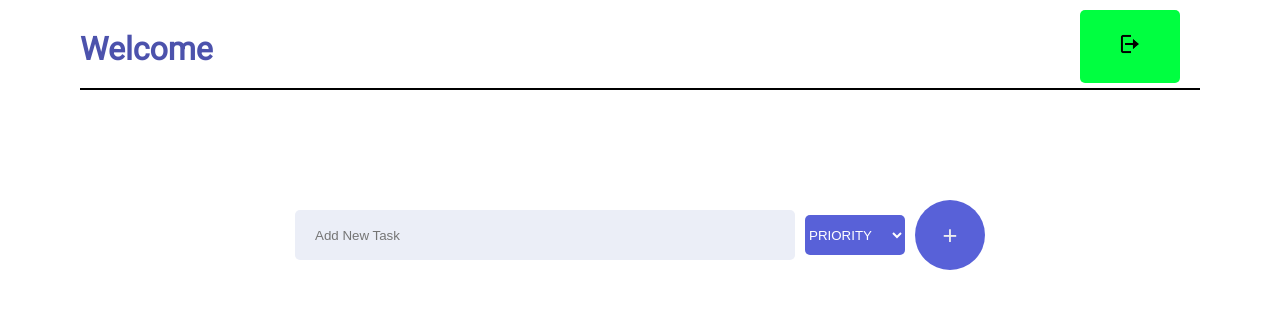
Repository: tebo27cMd/todo_App
Page: /HomePage
These files come from the project's save history. The page is drawn as it stood at one moment and after a run of saves; the edit follows.
The browser window is 1280 px wide. The pictures show the whole page.
The page's requests for data from a server got no answer. The project was rebuilt for these pictures with package versions that can differ from the ones it lists, and the page was loaded fresh each time. No one was signed in, and anything a server would have sent is missing. Also part of the build but not shown: src/Pages/LoginPage.jsx, src/Pages/SignInPage.jsx.

Above is the page before, as saved 2022-08-23 13:01:34.

### src/App.js
import React, {useState, useEffect} from 'react';
import './App.css';
import LoginPage from './Pages/LoginPage';
import SignInPage from './Pages/SignInPage';
import HomePage from './Pages/HomePage';

import {BrowserRouter as Router,Routes,Route,Link} from "react-router-dom";

//import {collection, getDocs, getDoc, doc, deleteDoc} from 'firebase/firestore'







function App() {


  const [tasks, setTasks] = useState([]);

  const addTasks = ((task, priorityType)=>{
    setTasks((tasks)=>[...tasks, {
      task:task,
      priorityType:priorityType
    }])

    console.log(tasks);
  })
  return (
    <div className="App">

      <Router>
      <Routes>
        <Route exact path="/" element = {<LoginPage/>}></Route>
        <Route path="/SignInPage" element = {<SignInPage/>}></Route>
        <Route exact path="/HomePage" element = {<HomePage/>}></Route>
      </Routes>
    </Router>

    </div>
  );
}

export default App;

### src/App.css
* {
  box-sizing: border-box;
  margin: 0;
  padding: 0;
  font-family: 'Times New Roman', Times, serif;
}

### src/Pages/HomePage.jsx

import React, { useState, useEffect } from "react";

  import '../css/HomePage.css';

  import {db} from '../Config-file/firebase';

  import {addDoc, collection,getDocs} from 'firebase/firestore';
  import CheckCircleIcon from "@mui/icons-material/CheckCircle";


  import logout from '../image/logout.png'





function HomePage() {
  const[task, setTask]= useState('');
  const[priority, setPriority] = useState('');

  const[items, setItem] = useState([]);

  const itemRef =collection(db,"Tasks");

  const getItems = async()=>{
      let data = await getDocs(itemRef);
      setItem(data.docs.map((doc)=>({...doc.data(), id: doc.id})))
  }

  const addItems = async()=>{
     await addDoc(itemRef, {task:task, priority:priority})
     alert("Item added Successfully");
    getItems();
    }


    useEffect(()=>{
      getItems();
   }, [])





    return (
      <div className="AddTask">
          <div className="topPart">
              <h1 className='welcome'>Welcome</h1>
              <button><div className="tick"><img src={logout} alt="" /></div></button>
          </div>

          <div className="bottomPart">
            <div className="input-fields">
              <input className="typeTask" type="text" placeholder="Add New Task" onChange={(e)=>setTask(e.target.value)}/>
                <select name="priority" id="priority" onChange={(e)=>setPriority(e.target.value)}>
                    <option value="Priority">PRIORITY</option>
                    <option value="High">High</option>
                    <option value="Medium">Medium</option>
                    <option value="Low">Low</option>

                </select>

                <button className="topBtn" onClick={addItems}>+</button>

            </div>

            <div className="task-list">
            {
                        items.map(item=>((
                            <div className="items" key={item.id}>
                                {
                                    item.priority == "Low" ? (

                                        <div className="item" style={{borderBottom: "3px solid green"}}>
                                        <span>{item.task}</span>
                                        <button className="complete"><div className="CheckLow"><CheckCircleIcon id="i" /></div></button>
                                        </div>

                                    ):item.priority == "Medium" ? (
                                        <div className="item" style={{borderBottom: "3px solid orange"}}>
                                        <span>{item.task}</span>
                                        <button className="complete"><div className="CheckMedium"><CheckCircleIcon id="i" /></div></button>
                                        </div>
                                    ):item.priority == "High" ? (
                                        <div className="item" style={{borderBottom: "3px solid red"}}>
                                        <span>{item.task}</span>
                                        <button className="complete"><div className="CheckHigh"><CheckCircleIcon id="i" /></div></button>

                                        </div>
                                    ):(
                                        <div>

                                        </div>
                                    )
                                }




                            </div>
                        )))
                    }
            </div>

          </div>

      </div>
    )
  }



export default HomePage;

### src/Pages/LoginPage.css
@import url("https://fonts.googleapis.com/css?family=Roboto&display=swap");
:root
{
    --btnGreen: #339eb1;
    --beige: beige;

}

.LoginPage{
    display: grid;
    grid-template-columns: 40% 60%;
    width: 100vw;
    height: 100vh;
    font-family:'Roboto' ;
}

.LoginPage aside{
    background: url(../Images/Ado.jpeg);
    background-size: cover;
}

.LoginPage section{
    display: flex;
    flex-direction: column;
    justify-content: center;
    align-items: center;
    padding: 50px;

}

.LoginPage .welcome{
    margin-top: 20px;
    margin-bottom: 20px;
    font-weight: bolder;
    font-size: 2em;
    font-family:'Roboto' ;
    color: #4c52ac;
}

.LoginPage .paragraph1{
    margin-bottom: 20px;
    font-size: 1.2em;
    color: #4c52ac;
}

.LoginPage .input-control{
    display: flex;
    flex-direction: column;
    align-self: flex-start;
    width: 100%;

}

.LoginPage .input-control label{
    margin-top: 10px;
    margin-bottom: 10px;
    font-size: 1.4em;

}

.LoginPage .input-control input{
    font-size: 1.2em;
    height: 50px;
    padding: 20px 10px 20px 10px;
    margin-top: 10px;
    border: none;
    border-radius: 10px;
    width: 100%;
    background-color: #eee;

}

.LoginPage button{
    width: 300px;
    height: 50px;

}
.LoginPage .lgnBtn:hover{
   background-color:#4c52ac;
   border-color: #7bff00;
}
.LoginPage .lgnBtn{
    margin-top: 50px;
    border-radius: 5px;
    border: none;
    background-color: var(--btnGreen);
    font-size: 1em;
    cursor: pointer;
    color: white;
}

.LoginPage .create{
    font-family:'Roboto' ;
    margin-top: 30px;
}


Link{
    color: var(--btnGreen);
}

.LoginPage .or{
    font-weight: lighter;
    font-size: 1em;
    margin: 20px;
}

.LoginPage .signBtn{

    margin: 20px;
    padding-right: 20px;
    border-radius: 5px;
    border-color: #4c52ac;
    cursor: pointer;
    background-color: white;
    border-radius: 7px;
}



.logo{
    display: flex;
    flex-direction: row;
    justify-content: center;

}

.logo img{
    width: 50px;
    height: 30px;
    padding-left: 10px;
}

.logo span{
    padding-top: 7px;
}

### src/Config-file/firebase.js
// Import the functions you need from the SDKs you need
import { initializeApp } from "firebase/app";
import { getFirestore } from "@firebase/firestore";
import {getAuth} from 'firebase/auth';

const firebaseConfig = {
  apiKey: "AIzaSyB44VhlyOGLme-EDCUVNbbB2UbazBO3qIY",
  authDomain:  "todo-433b6.firebaseapp.com",
  projectId:"todo-433b6",
  storageBucket: "todo-433b6.appspot.com",
  messagingSenderId: "23893463738",
  appId:"1:23893463738:web:7b7d1fefeddfc1abce6883",
  measurementId: "G-QQNBP66G32"
};

// Initialize Firebase
const app = initializeApp(firebaseConfig);
const db = getFirestore(app);
const auth = getAuth(app);
export  {auth, db};

### src/css/HomePage.css
@import url("https://fonts.googleapis.com/css?family=Roboto&display=swap");

*{
    box-sizing:border-box;
    margin: 0;
    padding: 0;
    font-family: sans-serif;
}


.topPart{
    display: flex;
    justify-content: space-between;
    margin: 10px 80px;
    border-bottom: 2px solid black;

}

.topPart button{
    width: 100px;
    margin:0px 20px 5px 0px;
    border-radius: 5px;
    border: none;
    background-color: #00ff40;
    cursor: pointer;
    color: white;
    font-size: 1.2em;

}
.topPart img {
    height: 20px;
}

.topPart button:hover{
    background-color: rgba(245, 27, 27, 0.815);
    color: black;
}

.bottomPart{
    display: flex;
    flex-direction: column;
    justify-content: center;
    align-items: center;
    margin-top: 80px;
}

.bottomPart input{
    margin-right: 10px;
    height: 50px;
    width: 500px;
    padding-left: 20px;
    border: none;
    background-color: #ebeef7;
    border-radius: 5px;

}

.bottomPart select{
    margin-right: 10px;
    height: 40px;
    width: 100px;
    border: none;
    background-color: #5861d8;
    border-radius: 5px;
    color: white;
}

.bottomPart .topBtn{
    height: 70px;
    width: 70px;
    border-radius: 50px;
    border: none;
    color: #eee;
    font-size: 1.6em;
    background-color: #5861d8;
    cursor: pointer;

}
.bottomPart .CheckHigh{
    border-radius: 50px;
    border: none;
    background-color: #5861d8;
    color: rgb(255, 255, 255);
    font-size: 1.6em;
    cursor: pointer;
}
.bottomPart .CheckHigh:hover{
    background-color: red;
}
.bottomPart .CheckMedium{
    border-radius: 50px;
    border: none;
    background-color: #5861d8;
    color: rgb(255, 255, 255);
    font-size: 1.6em;
    cursor: pointer;
}
.bottomPart .CheckMedium:hover{
    background-color: yellow;
}
.bottomPart .CheckLow{
    border-radius: 50px;
    border: none;
    background-color: #5861d8;
    color: rgb(255, 255, 255);
    font-size: 1.6em;
    cursor: pointer;
}
.bottomPart .CheckLow:hover{
    background-color: green;
}

.bottomPart button:hover{
    background-color: #776e7625;
    color: black;
}

input{
height: 90px;
}
.input-fields {
    display: flex;
    align-items: center;
    height: 130px;

}

/* Task list*/


.task-list{
    width: 600px;
    margin-right: 60px;

}

.item{
    display: flex;
    text-align: center;
    justify-content: space-between;
    padding: 10px;
    border-radius: 5px;
    border: none;
    box-shadow: 2px 2px 5px 0px rgb(123, 126, 173);
    background-color: #f7f7ff;
}
.items{
    padding: 5px 0;
}
.item button{
    border: none;
    border-radius: 50px;
    width: 80px;
    height: 40px;
    font-size: 20px;
    cursor: pointer;

}

.welcome{
    margin-top: 20px;
    margin-bottom: 20px;
    font-weight: bolder;
    font-size: 2em;
    font-family:'Roboto' ;
    color: #4c52ac;
}

Loaded but not shown: public/index.html (common file); src/index.js (common file); src/reportWebVitals.js (common file)

After the next 2 saves:
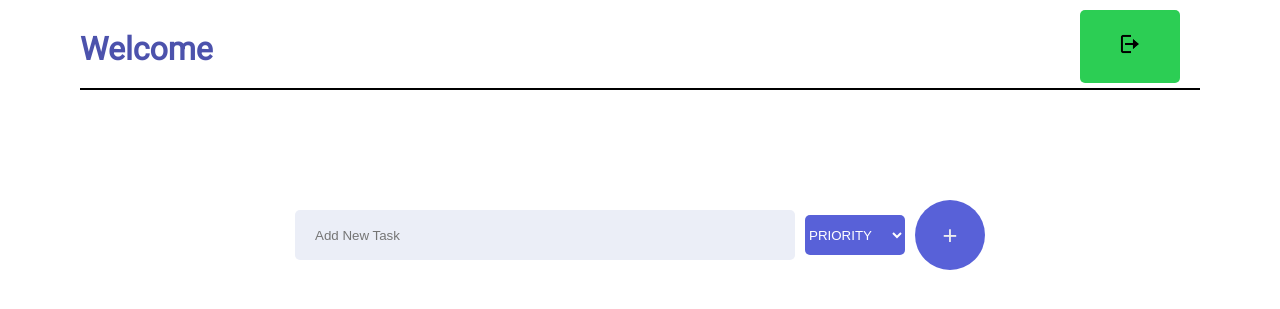
The 2 saves are shown as one change because they came seconds apart.
The last was saved 18 s later.
--- a/src/css/HomePage.css
+++ b/src/css/HomePage.css
@@ -21,7 +21,7 @@
     margin:0px 20px 5px 0px;
     border-radius: 5px;
     border: none;
-    background-color: #00ff40;
+    background-color: #2cce54;
     cursor: pointer;
     color: white;
     font-size: 1.2em;
